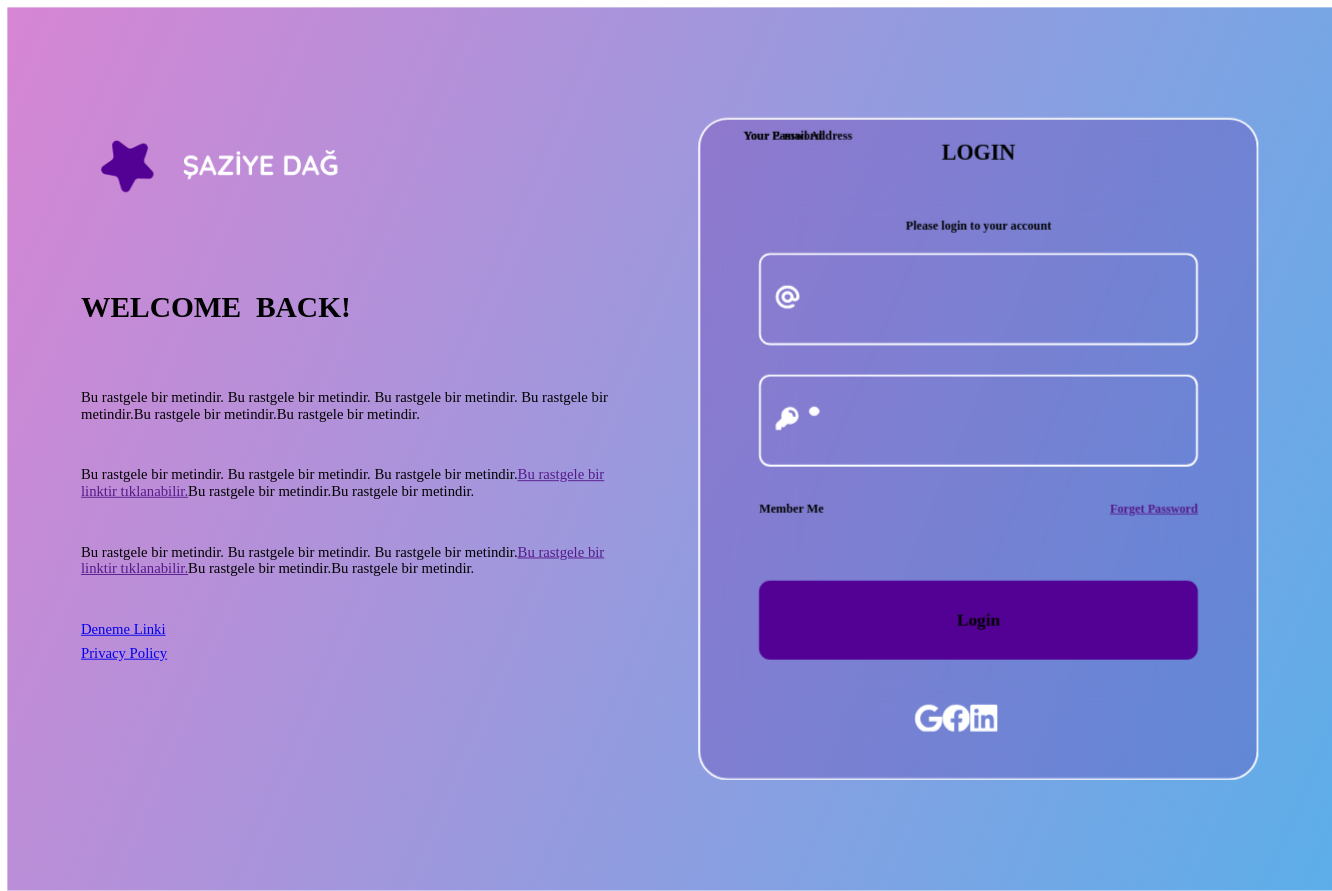
Repository: szydag/login
Page: /
An editor plug-in stored every save of this project. The page is shown before and after the next save, followed by the edit.
The browser window is 1280 px wide. The page is 1448 px wide, so the pictures cover 1448 px, including what lies to the right of the window. The pictures show the whole page, at 92% of full size.
The project was rebuilt for these pictures with package versions that can differ from the ones it lists, and the page was loaded fresh each time. Also part of the build but not shown: src/assets/svgr/unhiddenIcon/index.js.

Above is the page before, as saved 2023-10-24 10:19:21.

### src/index.js
import React from 'react';
import ReactDOM from 'react-dom/client';
import App from './app/index';
import {
    BrowserRouter
} from "react-router-dom";

const root = ReactDOM.createRoot(document.getElementById('root'));
root.render(
    <BrowserRouter>
        <App />
    </BrowserRouter>
);

### src/app/index.js
import LoginPage from "./pages/login";
import useStyles from "./style";

const App = () => {
    const classes = useStyles();
    return <div
        className={classes.main}
    >
        <LoginPage />
    </div>

};

export default App;

### src/app/pages/login/index.js
import React, { useEffect } from 'react'
import useStyles from './style';
import logo from './../../../assets/logo.png'
import MailIcon from './../../../assets/svgr/mailIcon/index.js'
import PasswordIcon from './../../../assets/svgr/passwordIcon/index.js'
import HiddenIcon from './../../../assets/svgr/hiddenIcon/index.js'
import UnhiddenIcon from './../../../assets/svgr/unhiddenIcon/index.js'
import GoogleIcon from './../../../assets/svgr/googleIcon/index.js'
import FacebookIcon from './../../../assets/svgr/facebookIcon/index.js'
import LinkedInIcon from './../../../assets/svgr/linkedInIcon/index.js'
const LoginPage = () => {

    const classes = useStyles();
    return <div
        className={classes.loginPage}
    >
        <div
            className={classes.promotionTexts}
        >
            <div
                className={classes.logo}
            >
                <img
                    src={logo}
                    alt=""
                />
            </div>
            <div
                className={classes.mainContent}
            >
                <div
                    className={classes.title}
                >
                    <h1>WELCOME</h1>
                    <h1>BACK!</h1>
                </div>
                <div
                    className={classes.contentText}
                >
                    <p>
                        Bu rastgele bir metindir. Bu rastgele bir metindir. Bu rastgele bir metindir. Bu rastgele bir metindir.Bu rastgele bir metindir.Bu rastgele bir metindir.
                    </p>
                    <p>
                        Bu rastgele bir metindir. Bu rastgele bir metindir. Bu rastgele bir metindir.
                        <a
                            href=""
                        >
                            Bu rastgele bir linktir tıklanabilir.
                        </a>
                        Bu rastgele bir metindir.Bu rastgele bir metindir.
                    </p>
                    <p>
                        Bu rastgele bir metindir. Bu rastgele bir metindir. Bu rastgele bir metindir.
                        <a
                            href=""
                        >
                            Bu rastgele bir linktir tıklanabilir.
                        </a>
                        Bu rastgele bir metindir.Bu rastgele bir metindir.
                    </p>
                </div>
                <div
                    className={classes.links}
                >
                    <a
                        href="

                    ">
                        Deneme Linki
                    </a>
                    <a
                        href="

                    ">
                        Privacy Policy
                    </a>
                </div>

            </div>
        </div>
        <div
            className={classes.loginArea}
        >
            <div
                className={classes.header}
            >
                <h2>LOGIN</h2>
                <h5>Please login to your account</h5>
            </div>
            <div
                className={classes.container}
            >
                <div
                    className={classes.loginMainContent}
                >
                    <div
                        className={classes.inputArea}
                    >
                        <div
                            className={classes.mailInput}
                        >
                            <div
                                className={classes.content}
                            >
                                <MailIcon
                                    color='#ffffff'
                                    size={30}
                                ></MailIcon>

                            </div>
                            <div
                                className={classes.inputTitle}
                            >
                                <h5>Your E-mail  Address</h5>
                            </div>
                        </div>
                        <div
                            className={classes.passwordInput}
                        >
                            <div
                                className={classes.content}
                            >
                                <PasswordIcon
                                    color='#ffffff'
                                    size={30}
                                >
                                </PasswordIcon>
                                <HiddenIcon
                                    color='#ffffff'
                                    size={30}
                                >

                                </HiddenIcon>
                            </div>
                            <div
                                className={classes.inputTitle}
                            >
                                <h5>Your Password</h5>
                            </div>

                        </div>
                    </div>
                    <div
                        className={classes.passwordSettingsArea}
                    >
                        <div
                            className={classes.memberMeArea}
                        >
                            <h5>Member Me</h5>
                        </div>
                        <h5>
                            <a href="">
                                Forget Password
                            </a>
                        </h5>
                    </div>
                </div>
                <div
                    className={classes.loginButton}
                >
                    <h3>Login</h3>
                </div>
            </div>
            <div
                className={classes.accountSettings}
            >
                <div
                    className={classes.accountSettingsTitle}
                >

                </div>
                <div
                    className={classes.socialMediaIcons}
                >
                    <GoogleIcon
                        color='#ffffff'
                        size={30}
                    >
                    </GoogleIcon>
                    <FacebookIcon
                        color='#ffffff'
                        size={30}
                    >
                    </FacebookIcon>
                    <LinkedInIcon
                        color='#ffffff'
                        size={30}
                    >
                    </LinkedInIcon>
                </div>
                <div
                    className={classes.newAccountArea}
                >

                </div>
            </div>
        </div>
    </div>
}

export default LoginPage;

### src/app/style.js
import { createUseStyles } from "react-jss";

const useStyles = createUseStyles({
    "@font-face": [
        {
            fontFamily: "Quicksand-Bold",
            src: 'url("/public/assets/fonts/Quicksand-Bold.ttf")',
            fontStyle: "normal"
        },
        {
            fontFamily: "Quicksand-Light",
            src: 'url("/public/assets/fonts/Quicksand-Light.ttf")',
            fontStyle: "normal"
        },
        {
            fontFamily: "Quicksand-Medium",
            src: 'url("/public/assets/fonts/Quicksand-Medium.ttf")',
            fontStyle: "normal"
        },
        {
            fontFamily: "Quicksand-Regular",
            src: 'url("/public/assets/fonts/Quicksand-Regular.ttf")',
            fontStyle: "normal"
        },
        {
            fontFamily: "Quicksand-SemiBold",
            src: 'url("/public/assets/fonts/Quicksand-SemiBold.ttf")',
            fontStyle: "normal"
        }
    ],
    main: {
        width: '100vw',
        height: '100vh',
    },
})
export default useStyles;

### src/app/pages/login/style.js

import { createUseStyles } from "react-jss";

const useStyles = createUseStyles({
    loginPage: {
        display: 'flex',
        padding: '120px 80px',
        width: '100vw',
        height: '100vh',
        alignItems: 'flex-start',
        gap: '80px',
        background: 'linear-gradient(113deg, #B9A675 0%, #D685D3 0%, #5CAEE9 100%)',
    },
    promotionTexts: {
        display: 'flex',
        flexDirection: 'column',
        alignItems: 'flex-start',
        gap: '64px',
        flex: '1 0 0',
        alignSelf: 'stretch',
    },
    logo: {
        display: 'flex',
        alignItems: 'center',
        gap: '8px',
    },
    mainContent: {
        display: 'flex',
        flexDirection: 'column',
        justifyContent: ' center',
        alignItems: 'flex-start',
        gap: '32px',
        alignSelf: 'stretch',
    },
    title: {
        display: 'flex',
        alignItems: 'flex-start',
        gap: '16px',
    },
    contentText: {
        display: 'flex',
        flexDirection: 'column',
        alignItems: 'flex - start',
        gap: '16px',
        alignSelf: 'stretch',
    },
    links: {
        display: 'flex',
        flexDirection: 'column',
        alignItems: 'flex-start',
        gap: '8px',
    },
    loginArea: {
        display: 'flex',
        padding: '64px',
        flexDirection: 'column',
        justifyContent: 'center',
        alignItems: 'center',
        alignSelf: 'stretch',
        borderRadius: '32px',
        border: '2px solid #FFF',
        background: 'rgba(83, 0, 148, 0.20)',
        backdropFilter: 'blur(45px)',
    },
    header: {
        display: 'flex',
        flexDirection: 'column',
        alignItems: 'center',
        gap: '16px',
    },
    container: {
        display: 'flex',
        flexDirection: 'column',
        alignItems: 'flex-start',
        gap: '48px',
        alignSelf: 'stretch',
    },
    loginMainContent: {
        display: 'flex',
        flexDirection: 'column',
        justifyContent: 'center',
        alignItems: 'center',
        gap: '16px',
        alignSelf: 'stretch',
    },
    inputArea: {
        display: 'flex',
        flexDirection: 'column',
        alignItems: 'flex-start',
        gap: '32px',
        alignSelf: 'stretch',
    },
    mailInput: {
        display: 'flex',
        height: '64px',
        padding: '16px',
        flexDirection: 'column',
        justifyContent: 'center',
        alignItems: 'flex-start',
        gap: '437px',
        alignSelf: 'stretch',
        borderRadius: '12px',
        border: '2px solid #FFF',
    },
    content: {
        display: 'flex',
        justifyContent: 'center',
        alignItems: 'center',
        gap: '6px',
    },
    inputTitle: {
        display: 'flex',
        padding: '0px 10px',
        alignItems: 'center',
        gap: '10px',
        position: 'absolute',
        left: '37px',
        top: '-12px',
    },
    passwordInput: {
        display: 'flex',
        height: '64px',
        padding: '16px',
        justifyContent: 'space-between',
        alignItems: 'center',
        alignSelf: 'stretch',
        borderRadius: '12px',
        border: '2px solid #FFF',
    },
    passwordSettingsArea: {
        display: 'flex',
        justifyContent: 'space-between',
        alignItems: 'flex-start',
        alignSelf: 'stretch',
    },
    memberMeArea: {
        display: 'flex',
        alignItems: 'center',
        gap: '16px',
    },
    loginButton: {
        display: 'flex',
        padding: '13px 215px',
        justifyContent: 'center',
        alignItems: 'center',
        gap: '10px',
        alignSelf: 'stretch',
        borderRadius: '12px',
        background: '#530094',
    },
    accountSettings: {
        display: 'flex',
        flexDirection: 'column',
        alignItems: 'center',
        gap: '48px',
    },
    accountSettingsTitle: {
        display: 'flex',
        justifyContent: 'center',
        alignItems: 'center',
        gap: '8px',
    },
    socialMediaIcons: {
        width: '140px',
        height: '31.492px',
    },
    newAccountArea: {
        display: 'flex',
        justifyContent: 'center',
        alignItems: 'flex-start',
        gap: '16px',
    },
})
export default useStyles;

### src/assets/svgr/mailIcon/index.js
import * as React from "react"
const MailIcon = ({
    color = "#ffffff",
    size = 30,
    ...props
}) => {
    const pathScale = 30 / size;
    return <svg
        xmlns="http://www.w3.org/2000/svg"
        width={size}
        height={size}
        fill="none"
        {...props}
    >
        <path
            fill={color}
            transform={`scale(${1 / 1})`}
            d="M19.894 6.125c-3.807-3.661-9.98-3.661-13.788 0s-3.808 9.597 0 13.258c3.31 3.183 8.41 3.6 12.187 1.248.753-.47 1.759-.263 2.247.461.488.725.273 1.692-.48 2.161-5.038 3.138-11.837 2.586-16.252-1.66-5.077-4.881-5.077-12.796 0-17.678 5.076-4.881 13.308-4.881 18.384 0C24.73 6.355 26 9.558 26 12.755c0 2.588-2.183 4.687-4.875 4.687a4.982 4.982 0 0 1-2.925-.937c-1.186 1.517-3.074 2.5-5.2 2.5-3.59 0-6.5-2.799-6.5-6.25 0-3.453 2.91-6.25 6.5-6.25s6.5 2.797 6.5 6.25c0 .862.727 1.562 1.625 1.562s1.625-.7 1.625-1.563c0-2.402-.952-4.798-2.856-6.629Zm-3.644 6.63c0-1.727-1.455-3.126-3.25-3.126s-3.25 1.4-3.25 3.125c0 1.726 1.455 3.125 3.25 3.125s3.25-1.399 3.25-3.125Z"
        />
    </svg>
}
export default MailIcon

### src/assets/svgr/passwordIcon/index.js
import * as React from "react"
const PasswordIcon = ({
    color = "#ffffff",
    size = 30,
    ...props
}) => {
    const pathScale = 30 / size;
    return <svg
        xmlns="http://www.w3.org/2000/svg"
        width={size}
        height={size}
        fill="none"
        {...props}
    >
        <path
            fill={color}
            transform={`scale(${1 / 1})`}
            d="M25 9.63a9.375 9.375 0 0 1-12.098 8.972L9.375 22.13H6.25v3.125H0v-6.25l6.652-6.652A9.375 9.375 0 1 1 25 9.63Zm-9.375-6.25a1.563 1.563 0 0 0 0 3.124c1.726 0 3.125 1.4 3.125 3.125a1.563 1.563 0 0 0 3.125 0 6.25 6.25 0 0 0-6.25-6.25Z"
        />
    </svg>
}
export default PasswordIcon

### src/assets/svgr/hiddenIcon/index.js
import * as React from "react"
const HiddenIcon = ({
    color = "#ffffff",
    size = 30,
    ...props
}) => {
    const pathScale = 30 / size;
    return <svg
        xmlns="http://www.w3.org/2000/svg"
        width={size}
        height={size}
        fill="none"
        {...props}
    >
        <path
            fill={color}
            transform={`scale(${1 / 1})`}
            d="M0 5.03C.801 2.115 3.185 0 6 0s5.199 2.115 6 5.03c-.801 2.915-3.185 5.03-6 5.03S.801 7.945 0 5.03Zm8.515 0C8.515 6.617 7.39 7.904 6 7.904c-1.39 0-2.515-1.287-2.515-2.874C3.485 3.443 4.61 2.156 6 2.156c1.39 0 2.515 1.287 2.515 2.874Z"
        />
    </svg>
}
export default HiddenIcon

### src/assets/svgr/googleIcon/index.js
import * as React from "react"
const GoogleIcon = ({
    color = "#ffffff",
    size = 30,
    ...props
}) => {
    const pathScale = 30 / size;
    return <svg
        xmlns="http://www.w3.org/2000/svg"
        width={size}
        height={size}
        fill="none"
        {...props}
    >
        <path
            fill={color}
            transform={`scale(${1 / 1})`}
            d="M30.5 16.357c0 8.698-5.957 14.889-14.754 14.889A15.228 15.228 0 0 1 .5 16 15.228 15.228 0 0 1 15.746.754c4.106 0 7.561 1.506 10.223 3.99l-4.15 3.99C16.392 3.496 6.298 7.43 6.298 16c0 5.318 4.248 9.627 9.449 9.627 6.037 0 8.3-4.328 8.656-6.572h-8.656v-5.243H30.26c.142.78.24 1.53.24 2.545Z"
        />
    </svg>
}
export default GoogleIcon

### src/assets/svgr/facebookIcon/index.js
import * as React from "react"
const FacebookIcon = ({
    color = "#ffffff",
    size = 30,
    ...props
}) => {
    const pathScale = 30 / size;
    return <svg
        xmlns="http://www.w3.org/2000/svg"
        width={size}
        height={size}
        fill="none"
        {...props}
    >
        <path
            fill={color}
            transform={`scale(${1 / 1})`}
            d="M30.5 15.754c0-8.286-6.714-15-15-15s-15 6.714-15 15c0 7.487 5.485 13.692 12.656 14.819V20.09h-3.81v-4.336h3.81V12.45c0-3.759 2.238-5.835 5.666-5.835 1.641 0 3.358.293 3.358.293v3.689h-1.892c-1.863 0-2.444 1.156-2.444 2.343v2.815h4.16l-.666 4.336h-3.494v10.483C25.014 29.446 30.5 23.24 30.5 15.754Z"
        />
    </svg>
}
export default FacebookIcon

### src/assets/svgr/linkedInIcon/index.js
import * as React from "react"
const LinkedInIcon = ({
    color = "#ffffff",
    size = 30,
    ...props
}) => {
    const pathScale = 30 / size;
    return <svg
        xmlns="http://www.w3.org/2000/svg"
        width={size}
        height={size}
        fill="none"
        {...props}
    >
        <path
            fill={color}
            transform={`scale(${1 / 1})`}
            d="M28.357.754H2.637C1.456.754.5 1.725.5 2.917v25.674c0 1.192.958 2.163 2.136 2.163h25.721c1.179 0 2.143-.97 2.143-2.163V2.917c0-1.192-.964-2.163-2.143-2.163ZM9.567 26.468H5.121V12.151h4.453v14.317h-.007ZM7.344 10.196a2.58 2.58 0 0 1 0-5.156 2.584 2.584 0 0 1 2.578 2.578 2.575 2.575 0 0 1-2.578 2.578Zm18.89 16.272h-4.446v-6.964c0-1.66-.034-3.797-2.31-3.797-2.317 0-2.672 1.808-2.672 3.677v7.084h-4.447V12.151h4.266v1.956h.06c.596-1.125 2.05-2.31 4.212-2.31 4.5 0 5.337 2.966 5.337 6.823v7.848Z"
        />
    </svg>
}
export default LinkedInIcon

Loaded but not shown: public/index.html (common file)

After the next save:
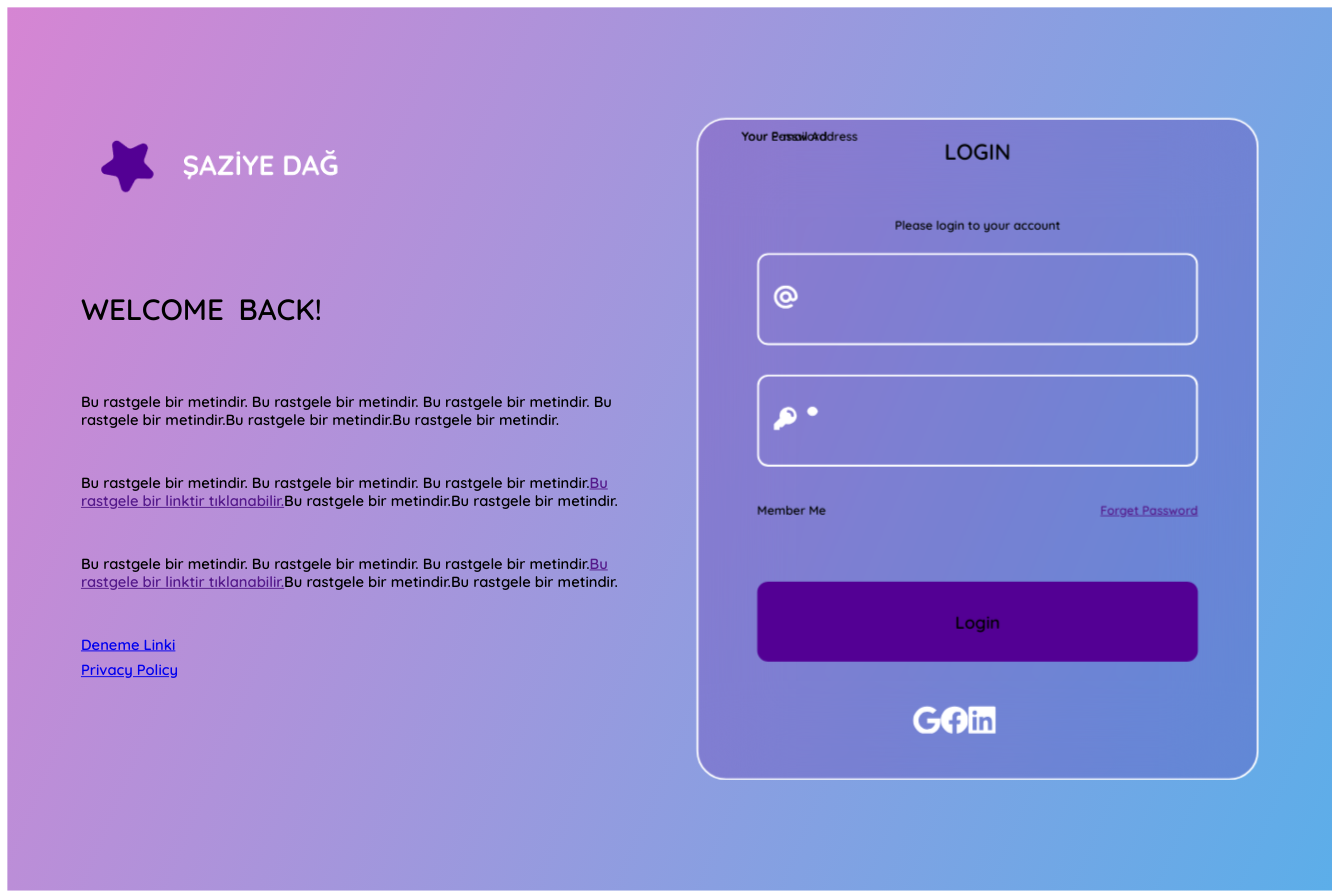
Saved 26 s later.
--- a/src/app/style.js
+++ b/src/app/style.js
@@ -29,6 +29,7 @@ const useStyles = createUseStyles({
         }
     ],
     main: {
+        fontFamily: "Quicksand-SemiBold",
         width: '100vw',
         height: '100vh',
     },
